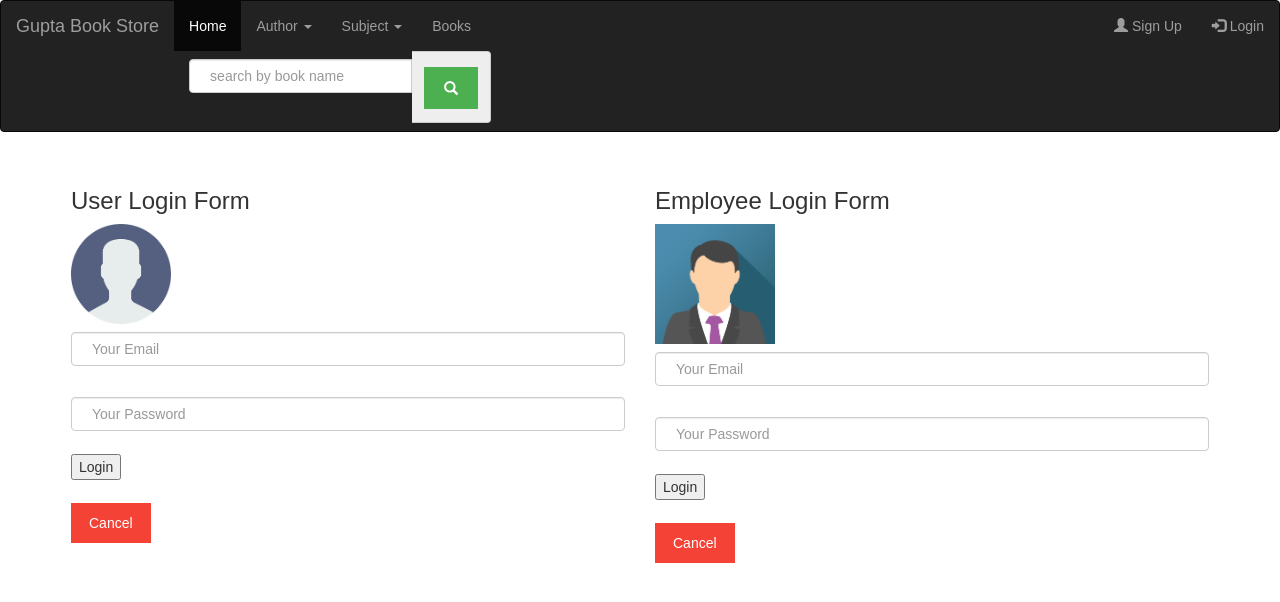
Repository: GuptaBook/NewGuptaBookStore
Page: http://localhost/NewGuptaBookStore/views/emp/LoginPage.jsp
These files come from the project's save history. The page is drawn as it stood at one moment and after the next save; the edit follows.
The browser window is 1280 px wide. The pictures show the whole page.
Some web libraries are served in a nearby version. The page is served by Tomcat 9. Other server files are loaded and not shown.

Above is the page before, as saved 2018-10-24 11:28:48.
Console error (its wording comes from the project's code and is left out).

### NewGuptaBookStore/WebContent/views/emp/LoginPage.jsp
<%@ page language="java" contentType="text/html; charset=ISO-8859-1"
    pageEncoding="ISO-8859-1"%>
<!DOCTYPE html PUBLIC "-//W3C//DTD HTML 4.01 Transitional//EN" "http://www.w3.org/TR/html4/loose.dtd">
<html>
<head>
<meta http-equiv="Content-Type" content="text/html; charset=ISO-8859-1">
<link href="//maxcdn.bootstrapcdn.com/bootstrap/3.1.1/css/bootstrap.min.css" rel="stylesheet" id="bootstrap-css">
<script src="//maxcdn.bootstrapcdn.com/bootstrap/3.1.1/js/bootstrap.min.js"></script>
<script src="//cdnjs.cloudflare.com/ajax/libs/jquery/3.2.1/jquery.min.js"></script>

<title>Insert title here</title>
</head><%@ include file="../header.jsp" %>
<style>
body {font-family: Arial, Helvetica, sans-serif;}

/* Full-width input fields */
input[type=text], input[type=password] {
    width: 100%;
    padding: 12px 20px;
    margin: 8px 0;
    display: inline-block;
    border: 1px solid #ccc;
    box-sizing: border-box;
}

/* Set a style for all buttons */
button {
    background-color: #4CAF50;
    color: white;
    padding: 14px 20px;
    margin: 8px 0;
    border: none;
    cursor: pointer;
    width: 100%;
}

button:hover {
    opacity: 0.8;
}

/* Extra styles for the cancel button */
.cancelbtn {
    width: auto;
    padding: 10px 18px;
    background-color: #f44336;
}

/* Center the image and position the close button */
.imgcontainer {
    text-align: center;
    margin: 24px 0 12px 0;
    position: relative;
}

img.avatar {
    width: 40%;
    border-radius: 50%;
}

.container {
    padding: 16px;
}

span.psw {
    float: right;
    padding-top: 16px;
}

/* The Modal (background) */
.modal {
    display: none; /* Hidden by default */
    position: fixed; /* Stay in place */
    z-index: 1; /* Sit on top */
    left: 0;
    top: 0;
    width: 100%; /* Full width */
    height: 100%; /* Full height */
    overflow: auto; /* Enable scroll if needed */
    background-color: rgb(0,0,0); /* Fallback color */
    background-color: rgba(0,0,0,0.4); /* Black w/ opacity */
    padding-top: 60px;
}

/* Modal Content/Box */
.modal-content {
    background-color: #fefefe;
    margin: 5% auto 15% auto; /* 5% from the top, 15% from the bottom and centered */
    border: 1px solid #888;
    width: 80%; /* Could be more or less, depending on screen size */
}

/* The Close Button (x) */
.close {
    position: absolute;
    right: 25px;
    top: 0;
    color: #000;
    font-size: 35px;
    font-weight: bold;
}

.close:hover,
.close:focus {
    color: red;
    cursor: pointer;
}

/* Add Zoom Animation */
.animate {
    -webkit-animation: animatezoom 0.6s;
    animation: animatezoom 0.6s
}

@-webkit-keyframes animatezoom {
    from {-webkit-transform: scale(0)}
    to {-webkit-transform: scale(1)}
}

@keyframes animatezoom {
    from {transform: scale(0)}
    to {transform: scale(1)}
}

/* Change styles for span and cancel button on extra small screens */
@media screen and (max-width: 300px) {
    span.psw {
       display: block;
       float: none;
    }
    .cancelbtn {
       width: 100%;
    }
}
</style>
<body>
<h3 align="center" style="color:green">${msg} ${username}</h3>
<div class="container login-container">
            <div class="row">
                <div class="col-md-6 login-form-1">
                    <h3>User Login Form</h3>
                    <div class="login-logo">
                        <img src="../../../../../resources/images/uploadDir/imgavatar.png" width="100px" alt=""/>
                    </div><c:url value="/CustomerLogin" var="url"/>
                    <form action="${url }" method="post">

                        <div class="form-group">
                            <input type="text" class="form-control" placeholder="Your Email" name="email" value=""  required/>
                        </div>
  <script language = "Javascript">
      function emailcheck(str) {

    var at="@"
    var dot="."
    var lat=str.indexOf(at)
    var lstr=str.length
    var ldot=str.indexOf(dot)
    if (str.indexOf(at)==-1){
        alert("Invalid E-mail ID")

    return false
}eles
 return true
}
</script>
                      <div class="form-group">
                            <input type="password" class="form-control" placeholder="Your Password"  name="password" value="" required />
                        </div>
                        <div class="form-group">
                            <input type="submit" class="btnSubmit" value="Login" />

                        </div>
                         <button type="button" onclick="document.getElementById('id01').style.display='none'" class="cancelbtn">Cancel</button>

                        <div class="form-group">
                            <!-- <a href="#" class="btnForgetPwd">Forget Password?</a> -->
                        </div>
                    </form>
                </div>
                <div class="col-md-6 login-form-2">
                <h3>Employee Login Form</h3>
                    <div class="login-logo">
                        <img src="/resources/images/uploadDir/imgavatar2.png" width="120px" alt=""/>
                    </div><c:url value="/EmpLogin" var="url"/>
                    <form action="${url}" method="post">
                        <div class="form-group">
                            <input type="text" class="form-control" pattern="[^@]*@[^ @]*" placeholder="Your Email" name="email" value="" required/>
                        </div>
                        <script language = "Javascript">
      function emailcheck(str) {

    var at="@"
    var dot="."
    var lat=str.indexOf(at)
    var lstr=str.length
    var ldot=str.indexOf(dot)
    if (str.indexOf(at)==-1){
        alert("Invalid E-mail ID")

    return false
}eles
 return true
}
</script>
                        <div class="form-group">
                            <input type="password" class="form-control" placeholder="Your Password" name="password" value="" required />
                        </div>
                        <div class="form-group">
                            <input type="submit" class="btnSubmit" name="login" value="Login" />
                        </div>
                        <button type="button" onclick="document.getElementById('id01').style.display='none'" class="cancelbtn">Cancel</button>


                        <div class="form-group">


                            <!-- <a href="#" class="btnForgetPwd" value="Login">Forget Password?</a> -->
                        </div>
                    </form>
                </div>
            </div>
        </div>
</body>
</html>

### NewGuptaBookStore/WebContent/views/header.jsp
<%@ page language="java" contentType="text/html; charset=ISO-8859-1"
    pageEncoding="ISO-8859-1"%>
<!-- <<<<<<< HEAD -->
    <%@ taglib prefix="c" uri="http://java.sun.com/jsp/jstl/core"%>
<!-- =======
>>>>>>> c517d0cbb4490a2fd7979affcd25d0cce5676a49 -->
<!DOCTYPE html PUBLIC "-//W3C//DTD HTML 4.01 Transitional//EN" "http://www.w3.org/TR/html4/loose.dtd">
<html>
<head>
<meta http-equiv="Content-Type" content="text/html; charset=ISO-8859-1">

  <link rel="stylesheet" href="https://maxcdn.bootstrapcdn.com/bootstrap/3.3.7/css/bootstrap.min.css">
  <script src="https://ajax.googleapis.com/ajax/libs/jquery/3.3.1/jquery.min.js"></script>
  <script src="https://maxcdn.bootstrapcdn.com/bootstrap/3.3.7/js/bootstrap.min.js"></script>
</head>
<body>
<c:if test="${sessionScope.email!=null }"><h3 align="center">Hi ${sessionScope.email}</h3></c:if>
<nav class="navbar navbar-inverse">
  <div class="container-fluid">
    <div class="navbar-header">
      <a class="navbar-brand" href="#">Gupta Book Store</a>
    </div>
    <ul class="nav navbar-nav">
      <li class="active"><a href="<c:url value='home.jsp'/>">Home</a></li>
      <li class="dropdown"><a class="dropdown-toggle" data-toggle="dropdown" href="#">Author <span class="caret"></span></a>
        <ul class="dropdown-menu">
        <c:forEach items="${sessionScope.listAuthor}" var="auth">
          <li><a href="<c:url value='FetchBookByAuthor?id=${auth.authid}'/>" >${auth.authname}</a></li>
        </c:forEach>
        </ul>
      </li>
      <li class="dropdown"><a class="dropdown-toggle" data-toggle="dropdown" href="#">Subject <span class="caret"></span></a>
        <ul class="dropdown-menu">
        <c:forEach items="${sessionScope.listSubject}" var="sub">
          <li><a href="<c:url value='/FetchBookBySubject?id=${sub.subid}'/>" >${sub.subname}</a></li>
        </c:forEach>
        </ul>
      </li><c:url value="FetchAllBookServlet" var="url"/>
      <li><a href="${url}">Books</a></li><c:url value="/FetchBookBySearchServlet" var="url"/>
      <form class="navbar-form" action="${url }">
        <div class="form-group" style="display:inline;">
          <div class="input-group">
            <input type="text" class="form-control" name="name" placeholder="search by book name">
            <span class="input-group-addon"><button class="glyphicon glyphicon-search"></button></span>
          </div>
        </div>
      </form>
    </ul>
    <ul class="nav navbar-nav navbar-right">
    <c:if test="${sessionScope.email!=null }">
    <c:if test="${sessionScope.rolename=='ROLE_USER' }">
    <li><a href="<c:url value='/FetchCartServlet'/>"><span class="glyphicon glyphicon-shopping-cart"></span></a></li></c:if>
    <li><a href="<c:url value='/views/logout.jsp'/>"><span class="glyphicon glyphicon-log-out"></span> Logout</a></li>
    </c:if>
    <c:if test="${sessionScope.email==null }">
      <li><a href="<c:url value='/views/customer/CustRegis.jsp'/>"><span class="glyphicon glyphicon-user"></span> Sign Up</a></li>
      <li><a href="<c:url value='/views/emp/LoginPage.jsp'/>"><span class="glyphicon glyphicon-log-in"></span> Login</a></li>
      </c:if>
    </ul>
  </div>
</nav>
<!-- ======= -->

</head>
<body>
<!-- >>>>>>> c517d0cbb4490a2fd7979affcd25d0cce5676a49 -->

</body>
</html>

After the next save:
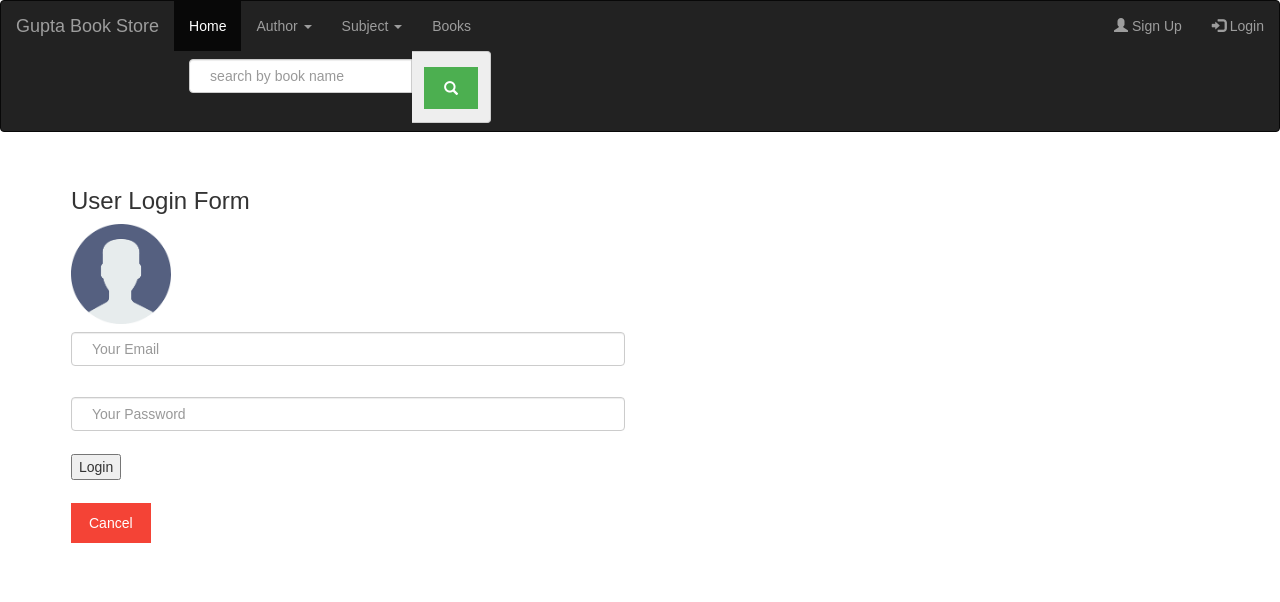
Saved 3 min 38 s later.
--- a/NewGuptaBookStore/WebContent/views/emp/LoginPage.jsp
+++ b/NewGuptaBookStore/WebContent/views/emp/LoginPage.jsp
@@ -176,47 +176,7 @@ span.psw {
                         </div>
                     </form>
                 </div>
-                <div class="col-md-6 login-form-2">
-                <h3>Employee Login Form</h3>
-                    <div class="login-logo">
-                        <img src="/resources/images/uploadDir/imgavatar2.png" width="120px" alt=""/>
-                    </div><c:url value="/EmpLogin" var="url"/>
-                    <form action="${url}" method="post">
-                        <div class="form-group">
-                            <input type="text" class="form-control" pattern="[^@]*@[^ @]*" placeholder="Your Email" name="email" value="" required/>
-                        </div>
-                        <script language = "Javascript">
-      function emailcheck(str) {
 
-    var at="@"
-    var dot="."
-    var lat=str.indexOf(at)
-    var lstr=str.length
-    var ldot=str.indexOf(dot)
-    if (str.indexOf(at)==-1){
-        alert("Invalid E-mail ID")
-
-    return false
-}eles
- return true
-}
-</script>
-                        <div class="form-group">
-                            <input type="password" class="form-control" placeholder="Your Password" name="password" value="" required />
-                        </div>
-                        <div class="form-group">
-                            <input type="submit" class="btnSubmit" name="login" value="Login" />
-                        </div>
-                        <button type="button" onclick="document.getElementById('id01').style.display='none'" class="cancelbtn">Cancel</button>
-
-
-                        <div class="form-group">
-
-
-                            <!-- <a href="#" class="btnForgetPwd" value="Login">Forget Password?</a> -->
-                        </div>
-                    </form>
-                </div>
             </div>
         </div>
 </body>
